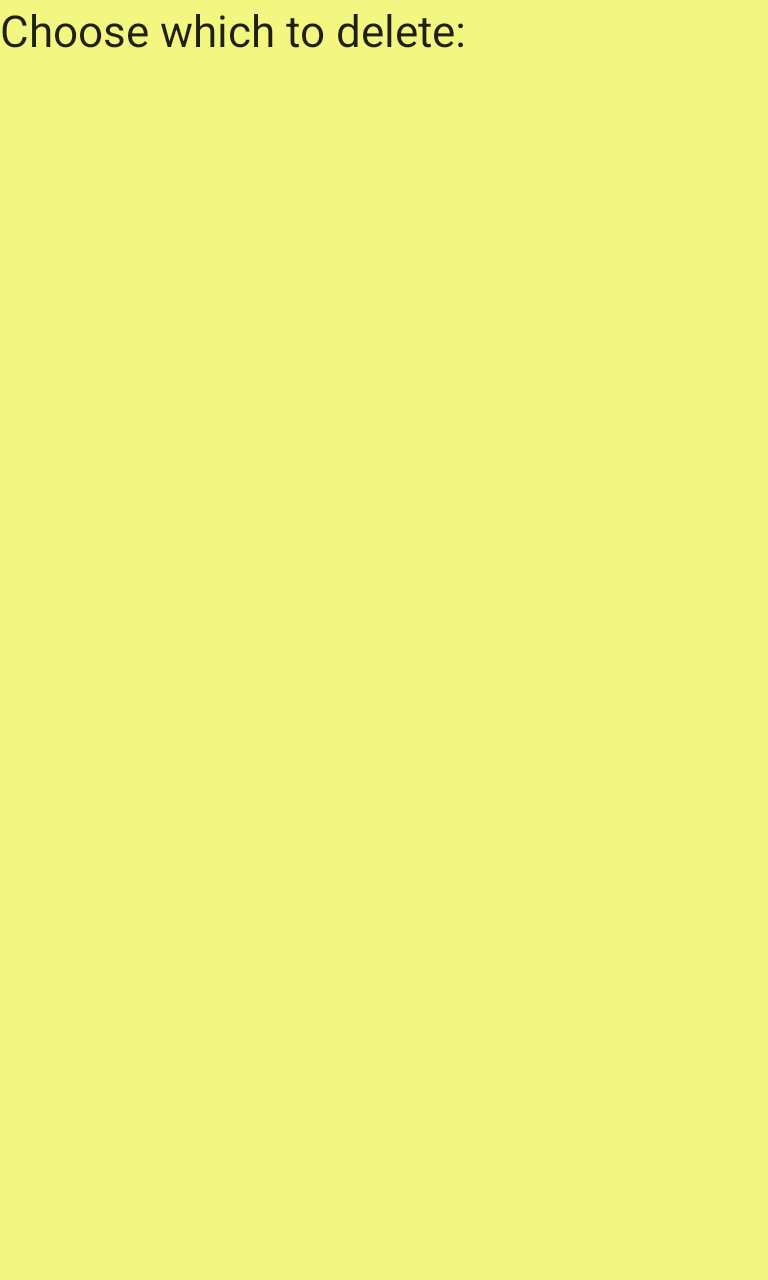
Repository: bluenavy/requirements
Layout: workspace/RetentionScheduler/res/layout/activity_delete.xml
An editor plug-in stored every save of this project. The layout is shown before and after the next save, followed by the edit.
It is drawn on a 768 x 1280 px phone screen (xhdpi) without system bars, with theme AppTheme; the app's code is not run.

Above is the layout before, as saved 2015-03-26 12:33:32.

### workspace/RetentionScheduler/res/layout/activity_delete.xml
<?xml version="1.0" encoding="utf-8"?>
<LinearLayout xmlns:android="http://schemas.android.com/apk/res/android"
    android:layout_width="match_parent"
    android:layout_height="match_parent"
    android:orientation="vertical"
    android:background="#F3F781">

    <TextView
        android:id="@+id/textView1"
        android:layout_width="wrap_content"
        android:layout_height="wrap_content"
        android:text="Choose which to delete:"
        android:textAppearance="?android:attr/textAppearanceLarge" />



</LinearLayout>

### workspace/RetentionScheduler/res/values/strings.xml
<?xml version="1.0" encoding="utf-8"?>
<resources xmlns:android="http://schemas.android.com/apk/res/android">

    <string name="app_name">Retention Scheduler</string>
    <string name="create_event">CREATE EVENT</string>
    <string name="edit_event">EDIT EVENT</string>
    <string name="action_settings">Settings</string>
    <string android:id="@+id/string1" name="delete_event" android:layout_width="wrap_content" android:layout_height="wrap_content">DELETE EVENT</string>
    <string android:id="@+id/string1" name="event_name" android:layout_width="wrap_content" android:layout_height="wrap_content">Event Name</string>
    <string android:id="@+id/string1" name="activity_title" android:layout_width="wrap_content" android:layout_height="wrap_content">This is an activity!</string>

    <color android:id="@+id/color1" name="white_color" android:layout_width="wrap_content" android:layout_height="wrap_content">#ffffff</color>

    <string android:id="@+id/string1" name="open_activity_title" android:layout_width="wrap_content" android:layout_height="wrap_content">Open daw!</string>

    <color android:id="@+id/color1" name="create_color" android:layout_width="wrap_content" android:layout_height="wrap_content">#D1CEBA</color>
    <color android:id="@+id/color1" name="background" android:layout_width="wrap_content" android:layout_height="wrap_content">#FFFEE6</color>
    <color android:id="@+id/color1" name="edit_color" android:layout_width="wrap_content" android:layout_height="wrap_content">#D1CEBA</color>
    <color android:id="@+id/color1" name="delete_color" android:layout_width="wrap_content" android:layout_height="wrap_content">#D1CEBA</color>

    <style name="ButtonText">
        <item name="android:layout_width">match_parent</item>
        <item name="android:layout_height">wrap_content</item>
        <item name="android:textColor">#F8E5C7</item>
        <item name="android:gravity">center</item>
        <item name="android:layout_margin">10dp</item>
        <item name="android:textStyle">normal</item>
        <item name="android:textSize">30sp</item>
        <item name="android:shadowColor">#000000</item>
        <item name="android:shadowDx">1</item>
        <item name="android:shadowDy">1</item>
        <item name="android:shadowRadius">2</item>
    </style>

    <string android:id="@+id/string1" name="hint_desc" android:layout_width="wrap_content" android:layout_height="wrap_content">Description</string>
    <string android:id="@+id/string1" name="add_events" android:layout_width="wrap_content" android:layout_height="wrap_content">ADD</string>
    <string android:id="@+id/string1" name="assoc_note" android:layout_width="wrap_content" android:layout_height="wrap_content">ASSOCIATE FILES</string>
    <string android:id="@+id/string1" name="assoc_slide" android:layout_width="wrap_content" android:layout_height="wrap_content">ASSOCIATE SLIDES</string>
    <string android:id="@+id/string1" name="hint_date" android:layout_width="wrap_content" android:layout_height="wrap_content">MM/DD/YYYY</string>
    <string android:id="@+id/string1" name="hint_time" android:layout_width="wrap_content" android:layout_height="wrap_content">HH:MM</string>

    <color android:id="@+id/color1" name="text_color" android:layout_width="wrap_content" android:layout_height="wrap_content">#F8E5C7</color>

    <string name="title_activity_create1">Create1</string>
    <string name="hello_world">Hello world!</string>
    <string name="title_activity_delete">Delete</string>

</resources>

Loaded but not shown: workspace/RetentionScheduler/res/values/styles.xml (common file); workspace/RetentionScheduler/res/values-v11/styles.xml (common file); workspace/RetentionScheduler/res/values-v14/styles.xml (common file)

After the next save:
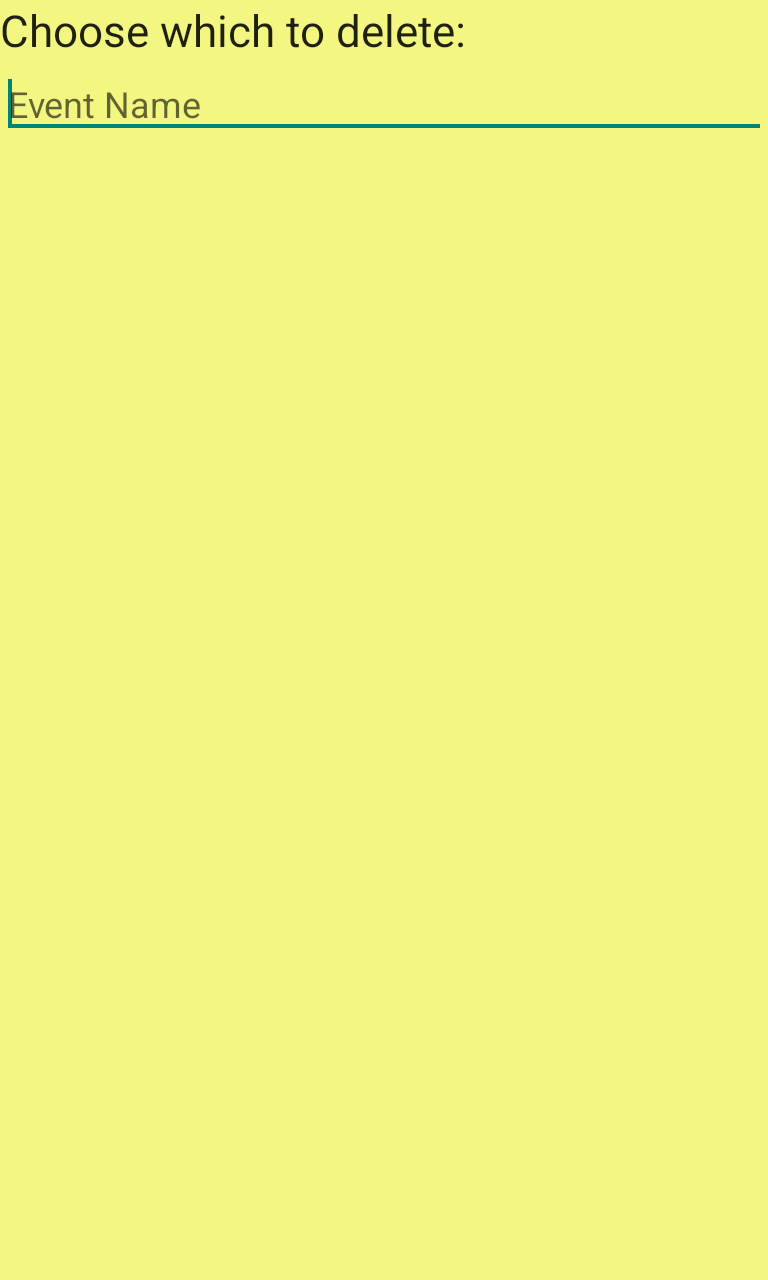
Saved 15 s later.
--- a/workspace/RetentionScheduler/res/layout/activity_delete.xml
+++ b/workspace/RetentionScheduler/res/layout/activity_delete.xml
@@ -12,6 +12,14 @@
         android:text="Choose which to delete:"
         android:textAppearance="?android:attr/textAppearanceLarge" />
 
+    <EditText
+        android:id="@+id/editText1"
+        android:layout_width="match_parent"
+        android:layout_height="wrap_content"
+        android:ems="10"
+        android:hint="@string/event_name" >
 
+        <requestFocus />
+    </EditText>
 
 </LinearLayout>
